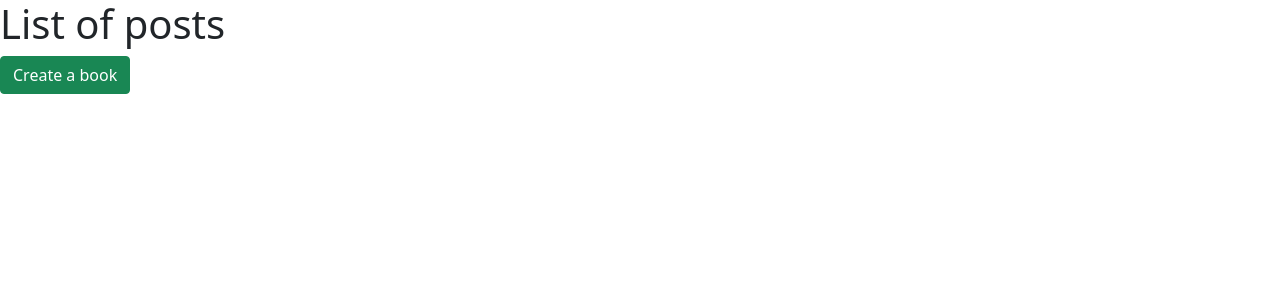
Repository: RaghdaMadiane/django
Page: http://localhost/books/
An editor plug-in stored every save of this project. The page is shown before and after the next save, followed by the edit.
The browser window is 1280 px wide. The pictures show the whole page.
The page is served by the project's application, run on Django 3.2 (manage.py). Queries for data that is not in the repository find no rows.

Above is the page before, as saved 2021-04-21 17:03:29.

After the next save:
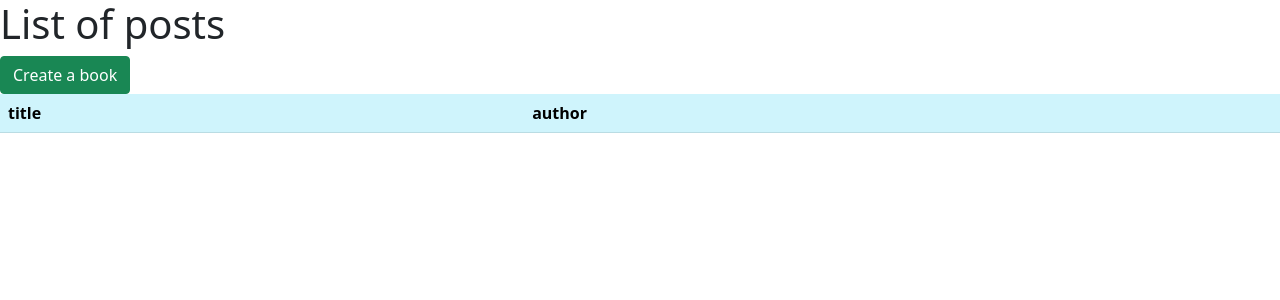
Saved 23 s later.
--- a/books/templates/books/index.html
+++ b/books/templates/books/index.html
@@ -6,13 +6,14 @@
 <body>
 <h1>List of posts<h1>
 <table class="table">
-{%for book in books%}
+
   <thead>
     <tr>
      <th scope="col" class="table-info">title</th>
       <th scope="col" class="table-info">author</th>
     </tr>
      </thead>
+     {%for book in books%}
   <tbody>
     <tr>
       <th >{{book.title}}</th>
